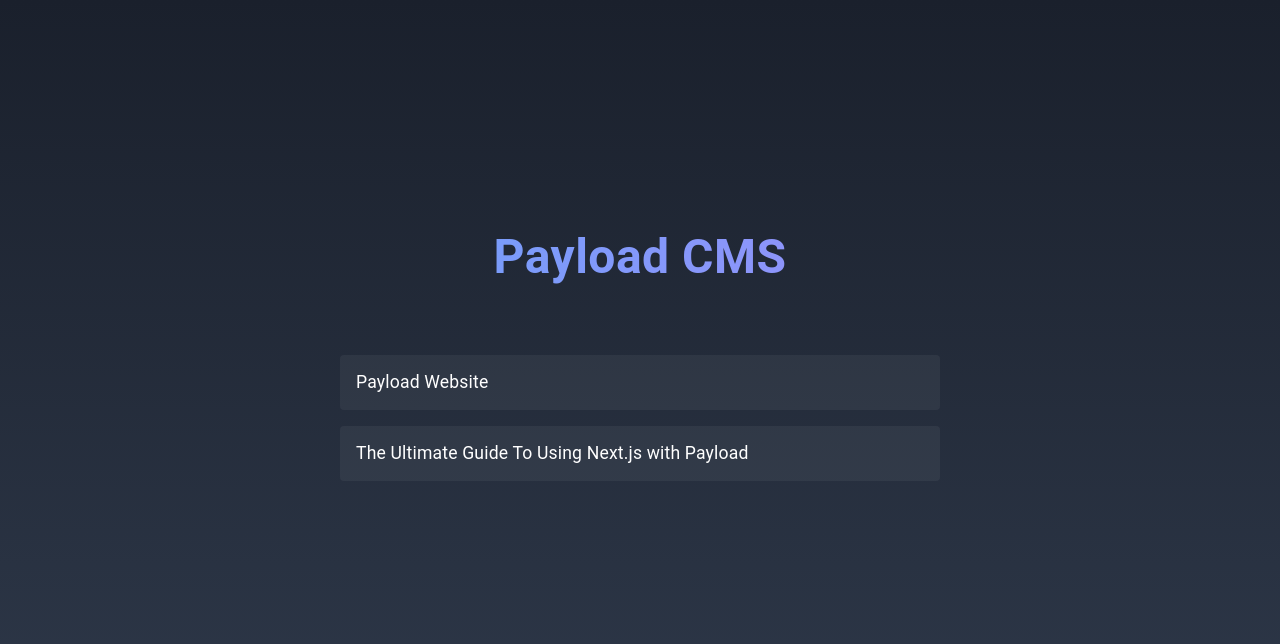
Repository: KovacsViktor/payloadcms-gsap-poc
Page: /payload
The author's editor kept a copy of each file at every save. The page is drawn from the files as they stood at one save, then again after the next save.
The browser window is 1280 px wide. The pictures show the whole page.
The project was rebuilt for these pictures with package versions that can differ from the ones it lists, and the page was loaded fresh each time. The framework's server and built-in components were replaced by stand-ins that run in the browser. Also part of the build but not shown: next.config.mjs, src/app/(frontend)/styles.css.

Above is the page before, as saved 2025-05-19 21:39:43.

After the next save:
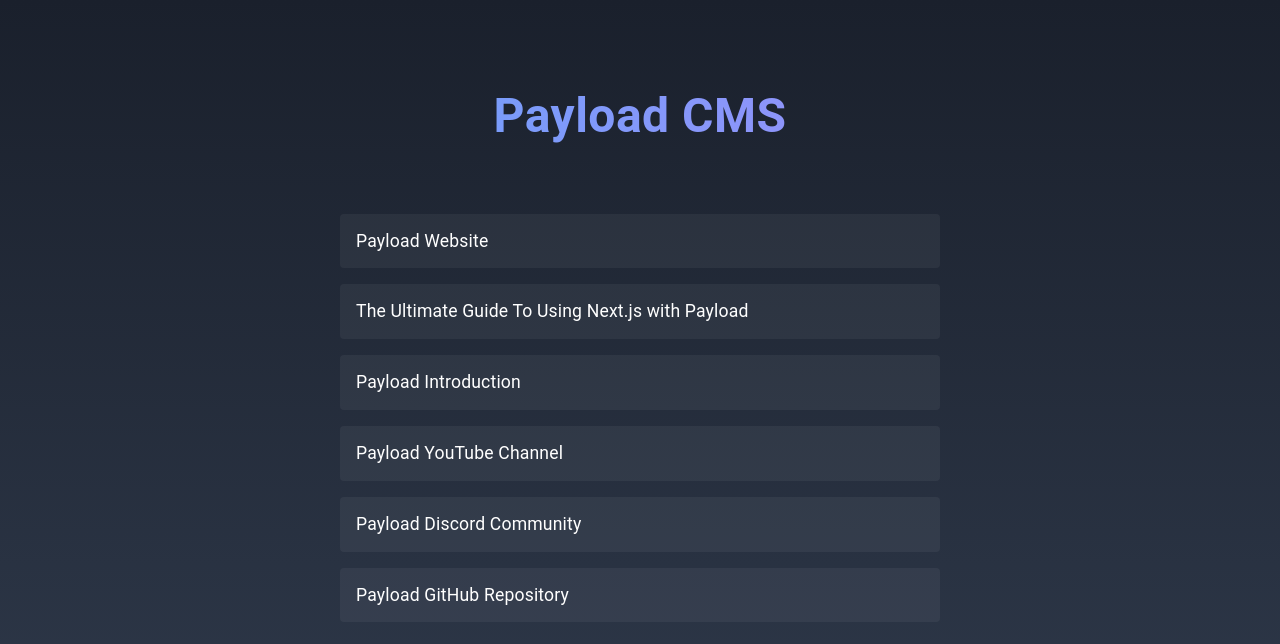
Saved 4 min 49 s later.
--- a/src/app/(frontend)/payload/PayloadContent.tsx
+++ b/src/app/(frontend)/payload/PayloadContent.tsx
@@ -89,6 +89,50 @@
                 <ListItemText primary="The Ultimate Guide To Using Next.js with Payload" />
               </ListItemButton>
             </ListItem>
+
+            <ListItem disablePadding>
+              <ListItemButton
+                component="a"
+                href="https://www.youtube.com/watch?v=ftohATkHBi0"
+                target="_blank"
+                rel="noopener noreferrer"
+              >
+                <ListItemText primary="Payload Introduction" />
+              </ListItemButton>
+            </ListItem>
+
+            <ListItem disablePadding>
+              <ListItemButton
+                component="a"
+                href="https://www.youtube.com/@payloadcms"
+                target="_blank"
+                rel="noopener noreferrer"
+              >
+                <ListItemText primary="Payload YouTube Channel" />
+              </ListItemButton>
+            </ListItem>
+
+            <ListItem disablePadding>
+              <ListItemButton
+                component="a"
+                href="https://discord.com/invite/r6sCXqVk3v"
+                target="_blank"
+                rel="noopener noreferrer"
+              >
+                <ListItemText primary="Payload Discord Community" />
+              </ListItemButton>
+            </ListItem>
+
+            <ListItem disablePadding>
+              <ListItemButton
+                component="a"
+                href="https://github.com/payloadcms/payload"
+                target="_blank"
+                rel="noopener noreferrer"
+              >
+                <ListItemText primary="Payload GitHub Repository" />
+              </ListItemButton>
+            </ListItem>
           </StyledList>
         </ContentPaper>
       </Container>
